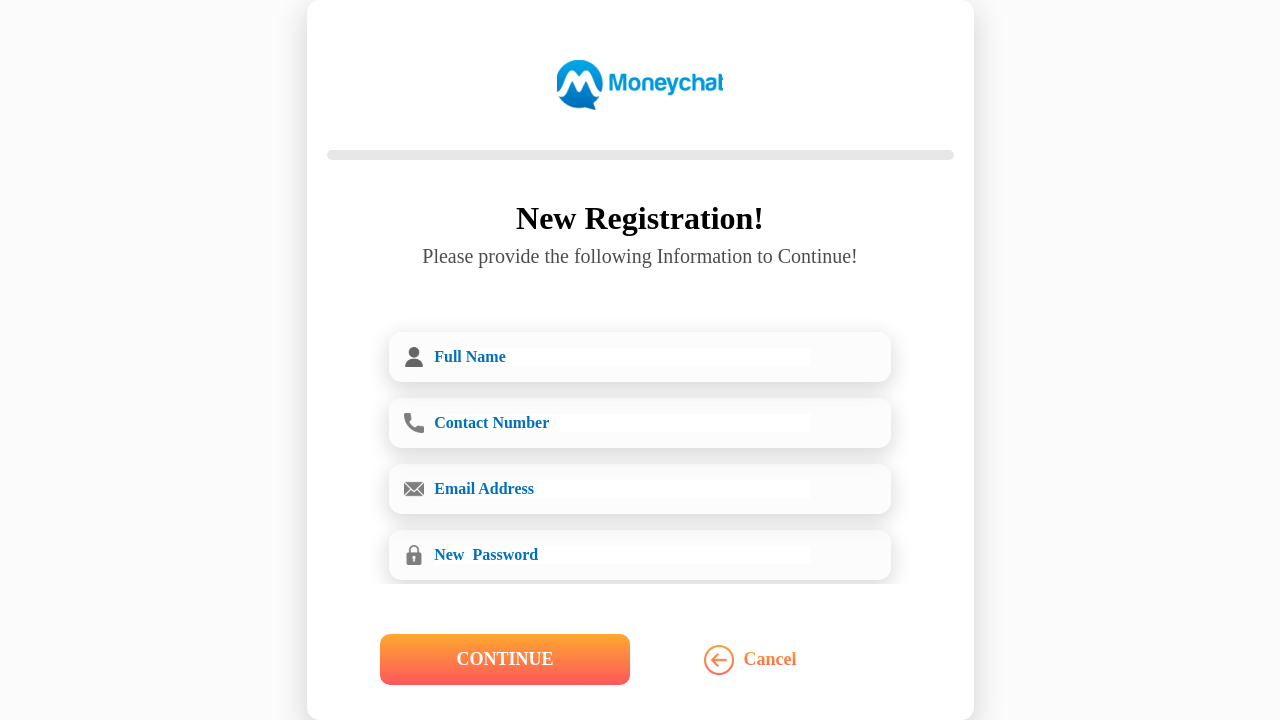
Repository: FlyweisReact/Money-Chat
Page: /register
An editor plug-in stored every save of this project. The page is shown before and after the next save, followed by the edit.
The browser window is 1280 px wide. The pictures show the whole page.
The project was rebuilt for these pictures with package versions that can differ from the ones it lists, and the page was loaded fresh each time. Also part of the build but not shown: src/forms/Login.jsx.

Above is the page before, as saved 2023-11-29 15:10:16.

### src/index.js
import React from "react";
import ReactDOM from "react-dom/client";
import "./index.css";
import App from "./App";
import { BrowserRouter } from "react-router-dom";
import 'bootstrap/dist/css/bootstrap.min.css'
// Commit Changes
const root = ReactDOM.createRoot(document.getElementById("root"));
root.render(
  <React.StrictMode>
    <BrowserRouter>
      <App />
    </BrowserRouter>
  </React.StrictMode>
);

### src/index.css
/** @format */

@tailwind base;
@tailwind components;
@tailwind utilities;

body {
  margin: 0;
  font-family: Quicksand !important;
  -webkit-font-smoothing: antialiased;
  -moz-osx-font-smoothing: grayscale;
}

code {
  font-family: Quicksand !important;
}

html {
  font-family: Quicksand !important;
}

::-webkit-scrollbar {
  width: 10px;
}
.fa-trash {
  color: red;
  cursor: pointer;
}

.iCOn {
  transition: 0.5s;
  box-shadow: none;
  transform: scale(1);
}
.cardDiv {
  cursor: pointer;
  width: 350px;
}
.CardDiv_Container {
  display: flex;
  flex-wrap: wrap;
  justify-content: center;
}

.cardDiv:hover .iCOn {
  box-shadow: rgba(0, 0, 0, 0.35) 0px 5px 15px;
  transform: scale(1.3);
}

/* Track */
::-webkit-scrollbar-track {
  background: #f1f1f1;
}

/* Handle */
::-webkit-scrollbar-thumb {
  background: #888;
}

/* Handle on hover */
::-webkit-scrollbar-thumb:hover {
  background: #555;
}
.profileImage {
  width: 100px;
}
.fa-eye {
  color: #029aff;
  cursor: pointer;
}
.fa-edit {
  cursor: pointer;
  color: blue;
}

.View {
  border: 1px solid black;
  width: 100%;
  padding: 10px;
}

.main-card--container {
  display: grid;
  grid-template-columns: repeat(3, minmax(300px, 500px));
  grid-gap: 50px;
  justify-content: space-around;
}
.card-container {
  margin: 25px 0 auto;
  box-shadow: rgba(0, 0, 0, 0.35) 0px 5px 15px;
  position: relative;
  display: grid;
  grid-template-columns: 1fr;
  justify-content: space-around;
  align-items: flex-start;
}

.myEdit:focus {
  box-shadow: rgba(0, 0, 0, 0.35) 0px 5px 15px;
}

.AstroLogin {
  color: #fff;
  background-color: #2b7a8e;
  padding: 10px;
  width: 380px;
  text-align: center;
  font-size: 20px;
  background: linear-gradient(to left, #2b7a8e 50%, #fff 50%) right;
  background-size: 200%;
  transition: 0.5s ease-out;
  border: 1px solid #2b7a8e;
  margin-top: 10px;
  text-transform: uppercase;
}
.AstroLogin:hover {
  background-position: left;
  color: #2b7a8e;
}

.EcommerceAdminLogin {
  color: #fff;
  background-color: #0c0c0c;
  padding: 10px;
  width: 380px;
  text-align: center;
  font-size: 20px;
  background: linear-gradient(to left, #0c0c0c 50%, #fff 50%) right;
  background-size: 200%;
  transition: 0.5s ease-out;
  border: 2px solid #0c0c0c;
  margin-top: 10px;
  text-transform: uppercase;
}

.EcommerceAdminLogin:hover {
  background-position: left;
  color: #0c0c0c;
  font-weight: bold;
}
.EcommerceVendorLogin {
  color: #fff;
  background-color: #576cbc;
  padding: 10px;
  width: 380px;
  text-align: center;
  font-size: 20px;
  background: linear-gradient(to left, #576cbc 50%, #fff 50%) right;
  background-size: 200%;
  transition: 0.5s ease-out;
  border: 1px solid #576cbc;
  margin-top: 10px;
  text-transform: uppercase;
}

.EcommerceVendorLogin:hover {
  background-position: left;
  color: #576cbc;
}

.view {
  background-color: #2196f3;
  color: #fff;
  width: 50%;
  padding: 5px;
}

.two-sec {
  display: flex;
  justify-content: space-evenly;
  justify-content: space-evenly;
}
.two-sec .left {
  width: 60%;
  background-color: #f6f1ef;
  padding: 20px;
}
.two-sec .left .head {
  font-size: 25px;
  font-weight: bold;
}

.two-sec .right {
  width: 30%;
  background-color: #f6f1ef;
}

.searchDiv {
  width: 100%;
  display: flex;
  gap: 10px;
  border: 1px solid rgb(179, 179, 179);
  padding: 10px;
  margin-bottom: 20px;
  align-items: center;
}
.searchDiv input {
  width: 94%;
  outline: none;
  border: none;
}

.flexCont {
  display: flex;
  align-items: center;
  gap: 10px;
}
.flexCont img {
  width: 60px;
  background-color: #e9ecef;
}

.blockContent {
  display: block;
}
.blockContent p {
  margin: 0;
}

.checkBox {
  width: 50px;
  height: 25px;
  background-color: #e9ecef;
  border-radius: 50px;
  position: relative;
  cursor: pointer;
}
.checkBox span {
  width: 20px;
  height: 20px;
  border-radius: 100%;
  background-color: #fff;
  position: absolute;
  left: 5px;
  top: 2px;
}
.ActivecheckBox {
  width: 50px;
  height: 25px;
  background-color: #0d6efd;
  border-radius: 50px;
  position: relative;
  cursor: pointer;
}
.ActivecheckBox span {
  width: 20px;
  height: 20px;
  border-radius: 100%;
  background-color: #fff;
  position: absolute;
  right: 5px;
  top: 2px;
}

.fa-eye {
  color: #0cba73;
  background-color: #d6f8e8;
  width: 35px;
  text-align: center;
  height: 35px;
  display: flex;
  border-radius: 100%;
  justify-content: center;
  padding-top: 10px;
  transition: 0.5s;
}

.fa-pen-to-square {
  color: #f4c39c;
  background-color: #ffebdb;
  width: 35px;
  text-align: center;
  height: 35px;
  display: flex;
  border-radius: 100%;
  justify-content: center;
  padding-top: 10px;
  cursor: pointer;
  transition: 0.5s;
}
.fa-trash {
  color: #df939f;
  background-color: #ffe1e8;
  width: 35px;
  text-align: center;
  height: 35px;
  display: flex;
  border-radius: 100%;
  justify-content: center;
  padding-top: 10px;
  cursor: pointer;
  transition: 0.5s;
}
.fa-trash:hover {
  transform: scale(1.2);
}
.fa-eye:hover {
  transform: scale(1.2);
}
.fa-pen-to-square:hover {
  transform: scale(1.2);
}
.required {
  color: #e74260;
}

.headP {
  /* font-weight: 600; */
  /* font-size: 25px; */
  color: #7b7c7d;
}
.filterBox {
  display: flex;
  align-items: center;
  gap: 10px;
  border-bottom: 1px solid #d4d7dc;
  padding-bottom: 20px;
  margin-bottom: 20px;
}
.filterBox img {
  width: 30px;
}
.filterBox input {
  width: 100%;
  border: 1px solid #d4d7dc;
  outline: none;
  padding: 5px;
  color: black;
  text-transform: capitalize;
}
.sectionCont {
  /* width: 98%; */
  background-color: #fff;
  /* margin-left: 2%; */
  padding: 20px;
}

.overFlowCont {
  width: 100%;
  overflow-x: auto;
}

.logo {
  width: 100px;
  margin-bottom: 20px;
}

.updateProfile {
  margin-left: 20px;
  border: 1px solid #fff;
  border-radius: 100%;
  font-size: 1.2rem;
  padding: 10px;
  transition: 0.5s;
  cursor: pointer;
}
.updateProfile:hover {
  border: 1px solid #19376d;
  color: #19376d;
  background-color: #fff;
}

.Normalbtn {
  background-color: #19376d !important;
  border: 1px solid #19376d !important;
  border-radius: 0px !important;
}

.ImageCarousel {
  width: 150px !important;
  margin: 0px !important;
  height: 150px !important;
}
.CarouselImages {
  width: 60px;
  height: auto;
}
.CarouselImages img {
  width: 100% !important;
  height: 100% !important;
}

.ModalCarousel {
  width: 100% !important;
  height: 500px !important;
}
.ModalCarousel {
  width: 100% !important;
  height: 500px !important;
}
.ModalCarousel img {
  width: 100% !important;
  height: 500px !important;
}

.gridCont {
  display: grid;
  grid-template-columns: auto auto auto;
  justify-content: space-evenly;
}
.gridCont div {
  width: 400px;
  height: 300px;
  box-shadow: rgba(0, 0, 0, 0.35) 0px 5px 15px;
  padding: 10px;
  position: relative;
  margin-top: 20px;
}
.gridCont div img {
  width: 100%;
}
.delete-Btn {
  width: 90%;
  margin-left: 2%;
  color: #c44b3f;
  border: 1px solid #c44b3f;
  position: absolute;
  bottom: 10px;
  transition: 0.5s;
  padding: 10px;
}

.delete-Btn:hover {
  background-color: #c44b3f;
  color: #fff;
}

.BannerCarousel {
  width: 300px;
  margin: 0px !important;
}
.BannerCarouselImage {
  width: 300px;
}
.BannerCarouselImage img {
  width: 100%;
}

.pagination {
  display: flex;
  justify-content: center;
  align-items: center;
  gap: 10px;
  margin-bottom: 20px;
}
.pagination button {
  border: 1px solid black;
  padding: 10px;
}

.activePage {
  background-color: #19376d;
  color: #fff;
  border: 1px solid #19376d !important;
}

.active {
  background-color: #fff;
  color: #19376d !important;
}
.prevBtn {
  background-color: #fff;
  color: #19376d;
  border: 1px solid #19376d !important;
  transition: 0.5s;
}

.prevBtn:hover,
.prevBtn:focus,
.prevBtn:active {
  background-color: #19376d;
  color: #fff;
  border: 1px solid #19376d !important;
}
.nextBtn {
  background-color: #fff;
  color: #19376d;
  border: 1px solid #19376d !important;
  transition: 0.5s;
}

.nextBtn:hover,
.nextBtn:focus,
.nextBtn:active {
  background-color: #19376d;
  color: #fff;
  border: 1px solid #19376d !important;
}

.dangerBox {
  position: relative;
}
.dangerBox i {
  position: absolute;
  top: 50%;
  left: 90%;
  transform: translate(-50%, -50%);
  cursor: pointer;
}

.centerImage {
  max-width: 300px;
}
.img-cont {
  display: flex;
  gap: 40px;
  /* justify-content: center; */
  align-items: center;
}

/* ============== user data styling =========*/

.ud2 {
  display: flex;
  justify-content: space-between;
  margin-top: 20px;
}
.ud3 {
  width: 49%;
}
.ud4 {
  width: 49%;
}

.ud4 button {
  background: #c44b3f;
  width: 50%;
  height: 40px;
  border-radius: 4px;
  border: none;
  color: #fff;
}

/* ============ single order styling ================*/

#pdfGen {
  margin: 20px;
}
#pdfGen .Heading-Container {
  display: flex;
  align-items: center;
}
#pdfGen .Heading-Container img {
  width: 100px;
}
#pdfGen .Heading-Container .content {
  width: 80%;
  text-align: center;
}
#pdfGen .Heading-Container .content h2 {
  margin: 0;
  font-weight: bold;
  font-size: 25px;
}
#pdfGen .Heading-Container .content p {
  margin: 0;
  font-size: 14px;
  font-weight: 600;
  color: #a8a1a1;
}

.two-cont {
  display: flex;
  justify-content: space-between;
  padding-top: 10px;
  gap: 20px;
}
.two-cont p {
  margin: 0;
}
.two-cont .left {
  width: 40%;
}
.two-cont .left h6 {
  font-size: 14px;
  font-weight: bold;
}
.two-cont .left .box {
  border: 2px solid black;
  width: 100%;
  padding: 8px;
}
.two-cont .left .box p {
  font-size: 15px;
}
.two-cont .left .box .strong {
  font-weight: bold;
}
.two-cont .left .box p {
  font-weight: 600;
}
.two-cont .right {
  width: 60%;
  border: 2px solid black;
  padding: 10px;
}
.two-cont .right table {
  width: 100%;
  table-layout: fixed;
}
.two-cont .right td {
  font-weight: 900 !important;
  padding: 5px;
}
.bordererd {
  border-right: 2px solid black;
}
#pdfGen .empty {
  background-color: #000;
  height: 2px;
  margin-top: 20px;
}

#pdfGen {
  min-height: 100vh;
  display: flex;
  justify-content: space-between;
  flex-direction: column;
}

#pdfGen .Table {
  width: 100%;
  margin-top: 20px;
}
#pdfGen .Table tbody tr {
  border: 1px solid black;
}
#pdfGen .Table tbody tr td {
  padding: 5px;
  padding-bottom: 10px;
}

#pdfGen .Main_Table {
  display: flex;
  justify-content: flex-end;
  align-items: center;
  padding-top: 10px;
  gap: 50px;
  align-items: center;
}
#pdfGen .Main_Table p {
  font-weight: 900;
}

#pdfGen .below_Div .four-sec {
  display: flex;
  justify-content: space-evenly;
  border-top: 2px solid black;
  border-bottom: 2px solid black;
  padding: 4px;
}
#pdfGen .below_Div .four-sec p {
  margin: 0;
  font-size: 13px;
  text-align: center;
}
#pdfGen .below_Div .four-sec .stronger {
  font-weight: bold;
}

#pdfGen .below_Div .big_Head {
  font-size: 25px;
  background-color: #85827b;
  text-align: center;
  font-weight: bold;
  color: #fff;
  padding: 0;
  margin: 0;
  padding-bottom: 10px;
}
#pdfGen .below_Div .text-cont p {
  margin: 0;
  font-weight: 700;
  font-size: 14px;
  color: #85827b;
}
#pdfGen .below_Div .text-cont {
  text-align: center;
}
#pdfGen .below_Div .text-cont h5 {
  margin: 0;
  font-weight: 900;
}

.so2 {
  width: 100%;
}

.so4 {
  display: flex;
  justify-content: space-between;
}
.so4 p {
  margin: 0;
}

.searchByDate {
  display: flex;
  align-items: center;
  gap: 10px;
  border-bottom: 1px solid #d4d7dc;
  padding-bottom: 20px;
  margin-bottom: 20px;
  flex-wrap: wrap;
  justify-content: space-between;
}
.searchByDate div {
  width: 45%;
  display: flex;
  gap: 20px;
  align-items: center;
}
.searchByDate input {
  border: 1px solid #d4d7dc;
  width: 80%;
  padding: 10px;
  outline: none;
}

.so5 {
  margin-top: 20px;
  width: 98;
  margin-left: 1%;
}

.so5 table {
  width: 100%;
}
.so5 table th,
td {
  font-size: 13px;
  font-weight: 600;
}
.so6 {
  margin-top: 40px;
  margin-left: 65%;
  width: 30%;
}

.so7 {
  display: flex;
  justify-content: space-between;
  width: 80%;
}
.so7 p {
  margin: 0;
}

.downloadBtn {
  background: #0cba73;
  height: 40px;
  color: #fff;
  border-radius: 4px;
  padding: 10px;
}

.Info_Box p {
  margin: 0;
}
.Info_Box .title {
  margin-bottom: 5px;
  font-size: 20px;
  font-weight: 700;
}
.Info_Box .desc {
  border: 1px solid #ced4da;
  padding: 10px;
  border-radius: 5px;
}

.Desc-Container p.title {
  margin-bottom: 0.5rem;
}
.Desc-Container p.desc {
  display: block;
  width: 100%;
  padding: 0.375rem 0.75rem;
  font-size: 1rem;
  font-weight: 400;
  line-height: 1.5;
  color: #212529;
  border: 1px solid #ced4da;
  border-radius: 0.375rem;
  background-color: #e9ecef;
  overflow-wrap: anywhere;
}

.Schedule_Enquiry_Modal {
  background-color: rgb(10, 72, 173);
  color: #fff;
}
.Schedule_Enquiry_Modal .close_btn {
  display: flex;
  justify-content: space-between;
  align-items: center;
}
.Schedule_Enquiry_Modal .close_btn h4 {
  margin: 0;
}
.Schedule_Enquiry_Modal .close_btn i {
  font-size: 20px;
  cursor: pointer;
}

.searchByDate select {
  border: 1px solid #d4d7dc;
  padding: 10px;
  outline: none;
}

/*Chat  */
.chat {
  display: flex;
  gap: 40px;
  align-items: flex-start;
}
.chat .sidebar {
  flex: 0 0 30%;
  max-width: 30%;
  border: 1px solid #ddd;
}
.chat .menu-list .container {
  display: flex;
  gap: 10px;
  align-items: center;
  cursor: pointer;
  border-top: 1px solid #ddd;
  height: 72px;
}
.chat .menu-list .container:hover {
  background-color: #f0f2f5;
}
.chat .menu-list .container.active {
  background-color: #f0f2f5;
}
.chat .menu-list .container:first-child {
  border: none;
}
.chat .menu-list .container img {
  width: 49px;
  height: 49px;
  border-radius: 100%;
  vertical-align: middle;
}
.chat .menu-list .container p {
  font-size: 20px;
  font-weight: 700;
  margin: 0;
  padding-right: 15px;
}

.chat .content {
  flex: 70%;
  max-width: 70%;
}
.chat .chat-box {
  border: 1px solid #ddd;
  padding: 20px;
}
.chat .chat-box .ttt {
  max-height: 500px;
  overflow-y: scroll;
  padding: 20px;
}
.chat .chat-box .img-container {
  display: flex;
  gap: 10px;
  align-items: center;
  cursor: pointer;
  margin-top: 10px;
}
.chat .chat-box .img-container img {
  width: 30px;
  height: 30px;
  border-radius: 100%;
  vertical-align: middle;
}
.chat .chat-box .img-container span {
  font-size: 12px;
  font-weight: 700;
  margin: 0;
}
.chat .chat-box .img-container span .date {
  margin-left: 10px;
}

.chat .chat-box .text {
  font-size: 16px;
  margin: 0;
  padding-top: 10px;
  width: 100%;
}

.chat .chat-box .right {
  display: flex;
  flex-direction: column;
  gap: 5px;
  text-align: right;
}
.chat .chat-box .right .img-container {
  flex-direction: row-reverse;
}

.chat .chat-box .send_button {
  display: flex;
  gap: 20px;
  align-items: center;
  margin-top: 20px;
}

.chat .chat-box .send_button button {
  width: 150px;
  background-color: #1a949f;
  padding: 10px;
  color: #fff;
}
.chat .chat-box .send_button input {
  width: 100%;
  outline: none;
  border: 1px solid #000;
  padding: 10px;
  border-radius: 5px;
}

/* New Code */
.Login_screen {
  background: linear-gradient(
      0deg,
      rgba(238, 238, 238, 0.2) 0%,
      rgba(238, 238, 238, 0.2) 100%
    ),
    #fff;
  display: flex;
  flex-direction: column;
  justify-content: center;
  align-items: center;
  width: 100%;
  height: 100vh;
}
.Login_screen .Login_Container {
  max-width: 667px;
  max-height: 785px;
  width: 100%;
  height: 100%;
  border-radius: 13px;
  background: #fff;
  box-shadow: 0px 10px 30px 3px rgba(0, 0, 0, 0.15);
  padding: 20px;
  padding-bottom: 50px;
}
.Login_screen .Login_Container .logo {
  display: block;
  margin: auto;
  width: 166px;
  margin-top: 40px;

}
.Login_screen .Login_Container .description {
  margin-top: 40px;
}
.Login_screen .Login_Container .description h6 {
  color: #000;
  text-align: center;
  font-size: 32px;
  font-style: normal;
  font-weight: 700;
  line-height: normal;
}

.Login_screen .Login_Container .description p {
  color: rgba(0, 0, 0, 0.7);
  text-align: center;
  font-size: 20px;
  font-style: normal;
  font-weight: 400;
  line-height: normal;
}

.Login_Container .input_container {
  margin-bottom: 50px;
}
.Login_Container .input_container.special {
  margin-bottom: 50px;
  max-height: 300px;
  overflow-y: scroll;
}
.Login_Container .input_group {
  display: flex;
  gap: 10px;
  align-items: center;
  border-radius: 13px;
  background: rgba(238, 238, 238, 0.2);
  box-shadow: 0px 6px 20px 2px rgba(0, 0, 0, 0.15);
  padding: 15px;
  width: 80%;
  margin: auto;
}
.Login_Container .input_group img {
  width: 20px;
}
.Login_Container .input_group input {
  outline: none;
  border: none;
  color: #0070bc;
  font-size: 16px;
  font-style: normal;
  font-weight: 500;
  line-height: normal;
  font-weight: 600;
  width: 80%;
}
.Login_Container .input_group input::placeholder {
  color: #0070bc;
  font-weight: 600;
}

.Login_Container .login_btn {
  max-width: 250px;
  width: 100%;
  display: block;
  margin: auto;
  margin-top: 40px;
  color: #fff;
  text-align: center;
  font-size: 18px;
  font-style: normal;
  font-weight: 600;
  line-height: normal;
  border-radius: 10px;
  background: linear-gradient(180deg, #fea82f 0%, #fd575b 100%);
  padding: 15px;
}

.Login_Container .create_new {
  display: flex;
  justify-content: center;
  gap: 20px;
  align-items: center;
  margin-top: 50px;
}

.Login_Container .create_new .item {
  display: flex;
  gap: 10px;
  align-items: center;
  width: 300px;
  justify-content: center;
}
.Login_Container .create_new .item img {
  width: 20px;
}
.Login_Container .create_new .item span {
  color: rgba(0, 0, 0, 0.7);
  text-align: center;
  font-size: 16px;
  font-style: normal;
  font-weight: 600;
  line-height: normal;
}

.Login_Container .create_new .item:first-child {
  border-right: 2px solid #000;
  padding-right: 10px;
}

.Login_Container a {
  text-decoration: none;
}

.Login_Container .button_container {
  display: flex;
  justify-content: space-between;
  align-items: center;
  gap: 20px;
}
.Login_Container .button_container button {
  max-width: 250px;
  width: 100%;
  display: block;
  margin: auto;
  color: #fff;
  text-align: center;
  font-size: 18px;
  font-style: normal;
  font-weight: 600;
  line-height: normal;
  border-radius: 10px;
  background: linear-gradient(180deg, #fea82f 0%, #fd575b 100%);
  padding: 15px;
}

.Login_Container .button_container .cancel {
  max-width: 250px;
  width: 100%;
  display: flex;
  gap: 10px;
  align-items: center;
}
.Login_Container .button_container .cancel a {
  font-size: 18px;
  font-style: normal;
  font-weight: 700;
  line-height: normal;
  text-decoration-line: underline;
  background: linear-gradient(180deg, #fea82f 0%, #fd575b 100%);
  background-clip: text;
  -webkit-background-clip: text;
  -webkit-text-fill-color: transparent;
}
.Login_Container .button_container .cancel img {
  width: 30px;
}

.Login_Container .progress_bar {
  border-radius: 10px;
  background: rgba(196, 196, 196, 0.4);
  width: 100%;
  height: 10px;
  margin-top: 40px;
}

### src/App.js
/** @format */

import { Routes, Route } from "react-router-dom";
import { ToastContainer } from "react-toastify";
import "react-toastify/dist/ReactToastify.css";
import Login from "./forms/Login";
import Regestration from "./forms/Regestration";

function App() {
  return (
    <>
      <ToastContainer
        autoClose={5000}
        hideProgressBar={false}
        newestOnTop={false}
        closeOnClick
        rtl={false}
        pauseOnFocusLoss
        draggable
        pauseOnHover
      />

      <Routes>
        <Route path="/" element={<Login />} />
        <Route path="/register" element={<Regestration />} />
      </Routes>
    </>
  );
}

export default App;

### src/forms/Regestration.js
/** @format */

import { Link } from "react-router-dom";
import logo from "../Images/logo.png";

const Regestration = () => {
  return (
    <div className="Login_screen">
      <form className="Login_Container ">
        <img src={logo} alt="" className="logo" />

        <div className="progress_bar">


        </div>

        <div className="description">
          <h6>New Registration! </h6>
          <p>Please provide the following Information to Continue!</p>
        </div>

        <div className="input_container special">
          <div className="input_group mt-5">
            <img src="./Image/1.png" alt="" />
            <input type="text" placeholder="Full Name" />
          </div>
          <div className="input_group mt-3">
            <img src="./Image/5.png" alt="" />
            <input type="text" placeholder="Contact Number" />
          </div>
          <div className="input_group mt-3">
            <img src="./Image/6.png" alt="" />
            <input type="text" placeholder="Email Address" />
          </div>
          <div className="input_group mt-3">
            <img src="./Image/7.png" alt="" />
            <input type="text" placeholder="New  Password" />
          </div>
          <div className="input_group mt-3">
            <img src="./Image/8.png" alt="" />
            <input type="text" placeholder="Re - Enter Password" />
          </div>
        </div>

        <div className="button_container">
          <button>CONTINUE</button>
          <div className="cancel">
            <img src="./Image/9.png" alt="" />
            <Link to="/">Cancel</Link>
          </div>
        </div>
      </form>
    </div>
  );
};

export default Regestration;

Loaded but not shown: tailwind.config.js (common file)

After the next save:
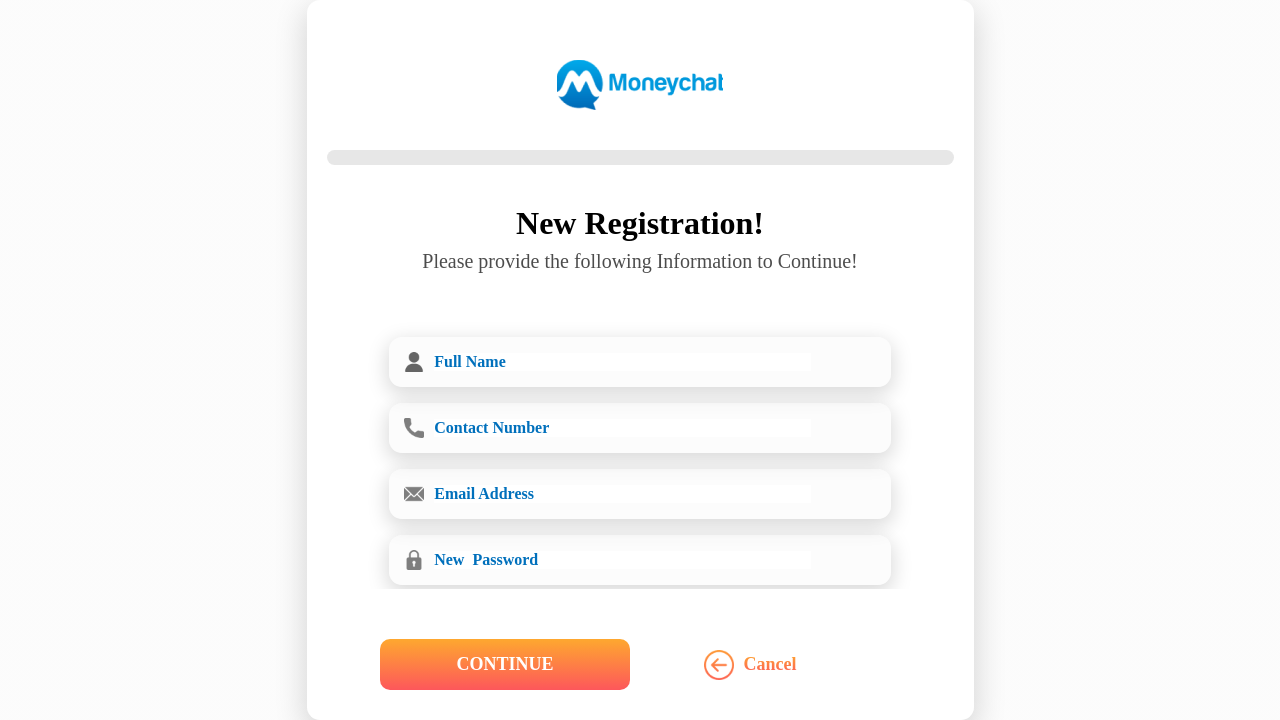
Saved 7 s later.
--- a/src/index.css
+++ b/src/index.css
@@ -1115,6 +1115,6 @@
   border-radius: 10px;
   background: rgba(196, 196, 196, 0.4);
   width: 100%;
-  height: 10px;
+  height: 15px;
   margin-top: 40px;
 }
